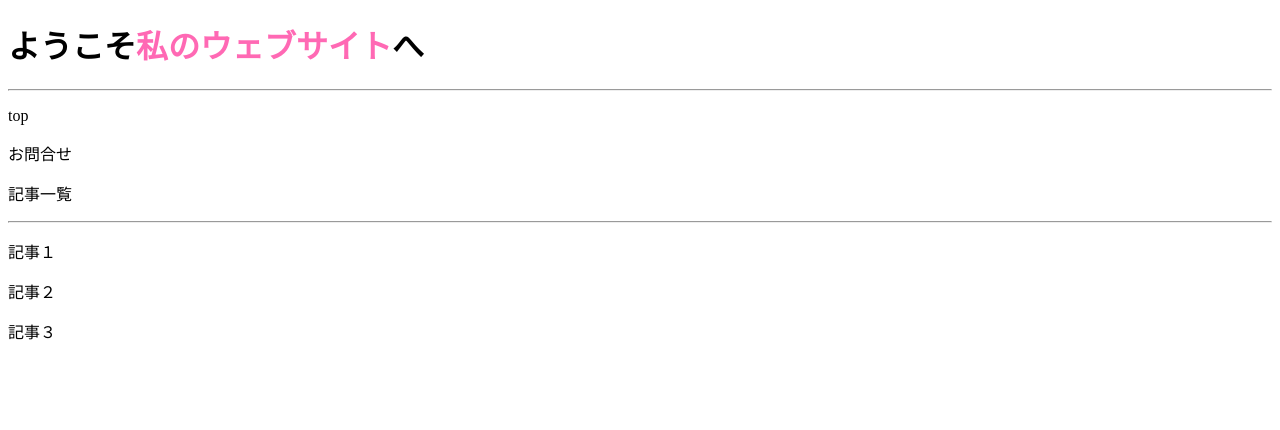
Repository: Jutta197/frontend726
Page: index.html
These files come from the project's save history. The page is drawn as it stood at one moment and after the next save; the edit follows.
The browser window is 1280 px wide. The pictures show the whole page.

Above is the page before, as saved 2023-07-27 10:53:01.

After the next save:
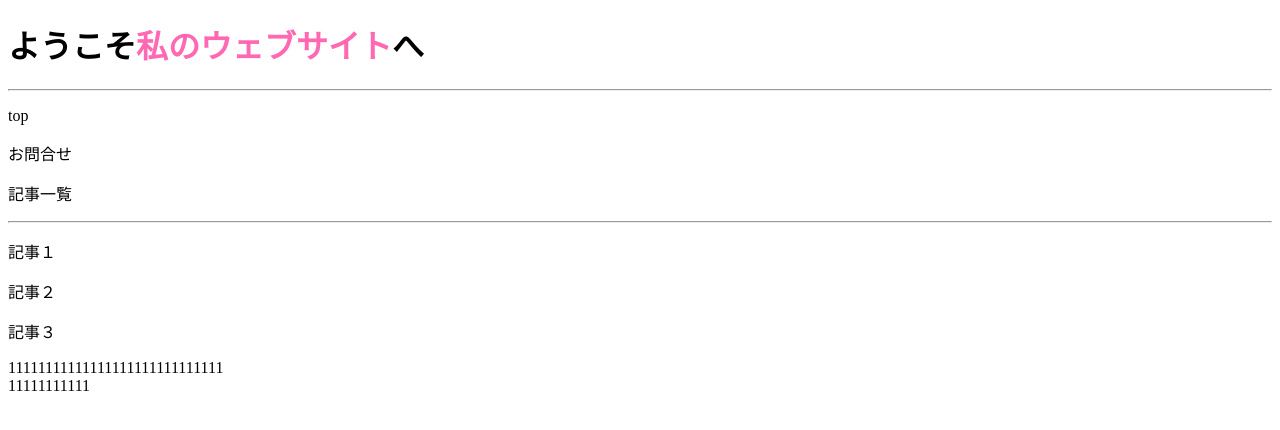
Saved 2 min 51 s later.
--- a/index.html
+++ b/index.html
@@ -20,6 +20,7 @@
         <p>記事１</p>
         <p>記事２</p>
         <p>記事３</p>
+        <p>11111111111111111111111111111<br>11111111111</p>
     </div>
 
 </body>
